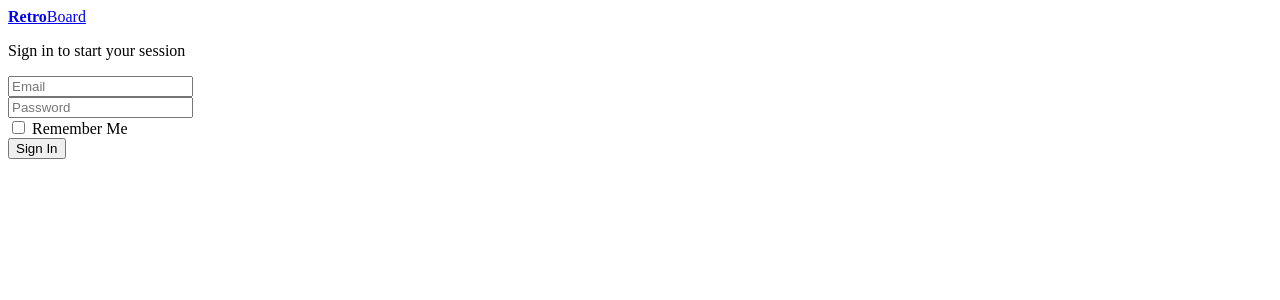
Repository: jager/retro.board
Page: /login (app in feretroboard/)
These files come from the project's save history. The page is drawn as it stood at one moment and after a run of saves; the edit follows.
The browser window is 1280 px wide. The pictures show the whole page.
The project was rebuilt for these pictures with package versions that can differ from the ones it lists, and the page was loaded fresh each time. Also part of the build but not shown: feretroboard/angular.json.

Above is the page before, as saved 2021-09-16 19:50:10.

### feretroboard/src/index.html
<!doctype html>
<html lang="en">
<head>
  <meta charset="utf-8">
  <title>Feretroboard</title>
  <base href="/">
  <meta name="viewport" content="width=device-width, initial-scale=1">
  <link rel="icon" type="image/x-icon" href="favicon.ico">
</head>
<body>
  <app-root></app-root>
</body>
</html>

### feretroboard/src/app/app.module.ts
import { BrowserModule } from '@angular/platform-browser';
import { NgModule } from '@angular/core';
import { FormsModule } from '@angular/forms';

import { AppRoutingModule } from './app-routing.module';
import { AppComponent } from './app.component';
import { LoginComponent } from './unauthorized/login/login.component';
import { MainComponent } from './authorized/main/main.component';

@NgModule({
  declarations: [
    AppComponent,
    LoginComponent,
    MainComponent
  ],
  imports: [
    BrowserModule,
    AppRoutingModule,
    FormsModule,
  ],
  providers: [],
  bootstrap: [AppComponent]
})
export class AppModule { }

### feretroboard/src/app/app-routing.module.ts
import { NgModule } from '@angular/core';
import { Routes, RouterModule } from '@angular/router';
import { MainComponent } from './authorized/main/main.component';
import { LoginComponent } from './unauthorized/login/login.component';


const routes: Routes = [
  { path: 'login', component: LoginComponent },
  { path: '', component: MainComponent },
];

@NgModule({
  imports: [RouterModule.forRoot(routes)],
  exports: [RouterModule]
})
export class AppRoutingModule { }

### feretroboard/src/app/app.component.ts
import { Component } from '@angular/core';

@Component({
  selector: 'app-root',
  templateUrl: './app.component.html',
  styleUrls: ['./app.component.css']
})
export class AppComponent {
  title = 'feretroboard';
}

### feretroboard/src/app/unauthorized/login/login.component.html
<div class="login-box">
  <div class="login-logo">
    <a href="/"><b>Retro</b>Board</a>
  </div>
  <!-- /.login-logo -->
  <div class="card">
    <div class="card-body login-card-body">
      <p class="login-box-msg">Sign in to start your session</p>

      <form action="../../index3.html" method="post">
        <div class="input-group mb-3">
          <input type="email" class="form-control" placeholder="Email">
          <div class="input-group-append">
            <div class="input-group-text">
              <span class="fas fa-envelope"></span>
            </div>
          </div>
        </div>
        <div class="input-group mb-3">
          <input type="password" class="form-control" placeholder="Password">
          <div class="input-group-append">
            <div class="input-group-text">
              <span class="fas fa-lock"></span>
            </div>
          </div>
        </div>
        <div class="row">
          <div class="col-8">
            <div class="icheck-primary">
              <input type="checkbox" id="remember">
              <label for="remember">
                Remember Me
              </label>
            </div>
          </div>
          <!-- /.col -->
          <div class="col-4">
            <button type="submit" class="btn btn-primary btn-block">Sign In</button>
          </div>
          <!-- /.col -->
        </div>
      </form>
    </div>
    <!-- /.login-card-body -->
  </div>
</div>

Loaded but not shown: feretroboard/src/styles.css (common file); feretroboard/src/main.ts (common file); feretroboard/src/environments/environment.ts (common file); feretroboard/src/app/unauthorized/login/login.component.ts (common file); feretroboard/src/app/app.component.html (common file); feretroboard/src/app/authorized/main/main.component.ts (common file); feretroboard/src/app/authorized/main/main.component.html (common file); feretroboard/src/app/app.component.css (no stored copy; drawn as an empty file); feretroboard/src/app/unauthorized/login/login.component.css (no stored copy; drawn as an empty file)

After the next 3 saves:
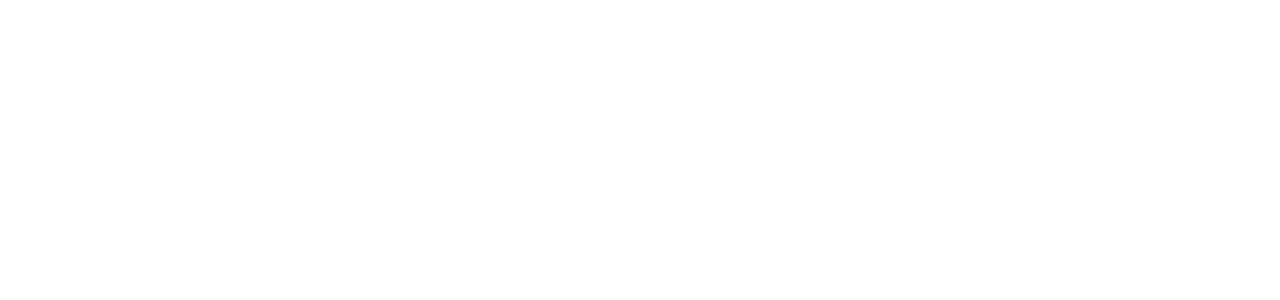
The 3 saves are shown as one change because they came seconds apart.
The last was saved 49 s later.
--- a/feretroboard/src/app/unauthorized/login/login.component.html
+++ b/feretroboard/src/app/unauthorized/login/login.component.html
@@ -7,7 +7,7 @@
     <div class="card-body login-card-body">
       <p class="login-box-msg">Sign in to start your session</p>
 
-      <form action="../../index3.html" method="post">
+      <form (ngOnS) method="post">
         <div class="input-group mb-3">
           <input type="email" class="form-control" placeholder="Email">
           <div class="input-group-append">

After the 3 saves that followed:
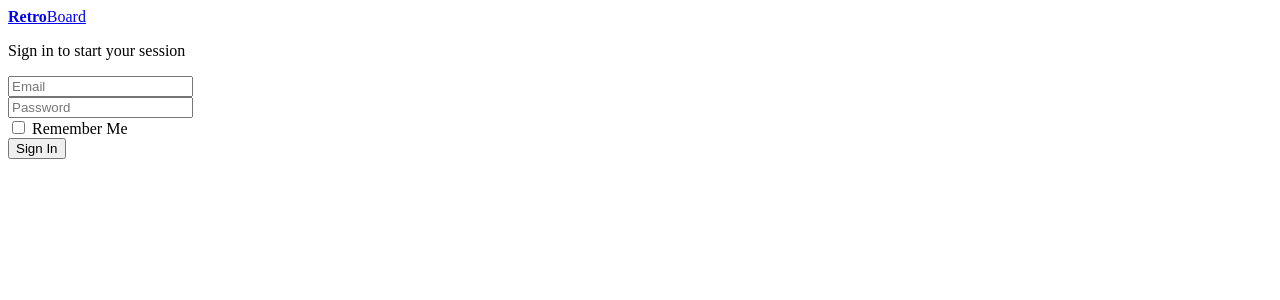
The 3 saves are shown as one change because 1 left the picture as it was and some came seconds apart.
The last was saved 12 s later.
--- a/feretroboard/src/app/unauthorized/login/login.component.html
+++ b/feretroboard/src/app/unauthorized/login/login.component.html
@@ -7,7 +7,7 @@
     <div class="card-body login-card-body">
       <p class="login-box-msg">Sign in to start your session</p>
 
-      <form (ngOnS) method="post">
+      <form (ngSubmit)="onSubmit()" method="post">
         <div class="input-group mb-3">
           <input type="email" class="form-control" placeholder="Email">
           <div class="input-group-append">
